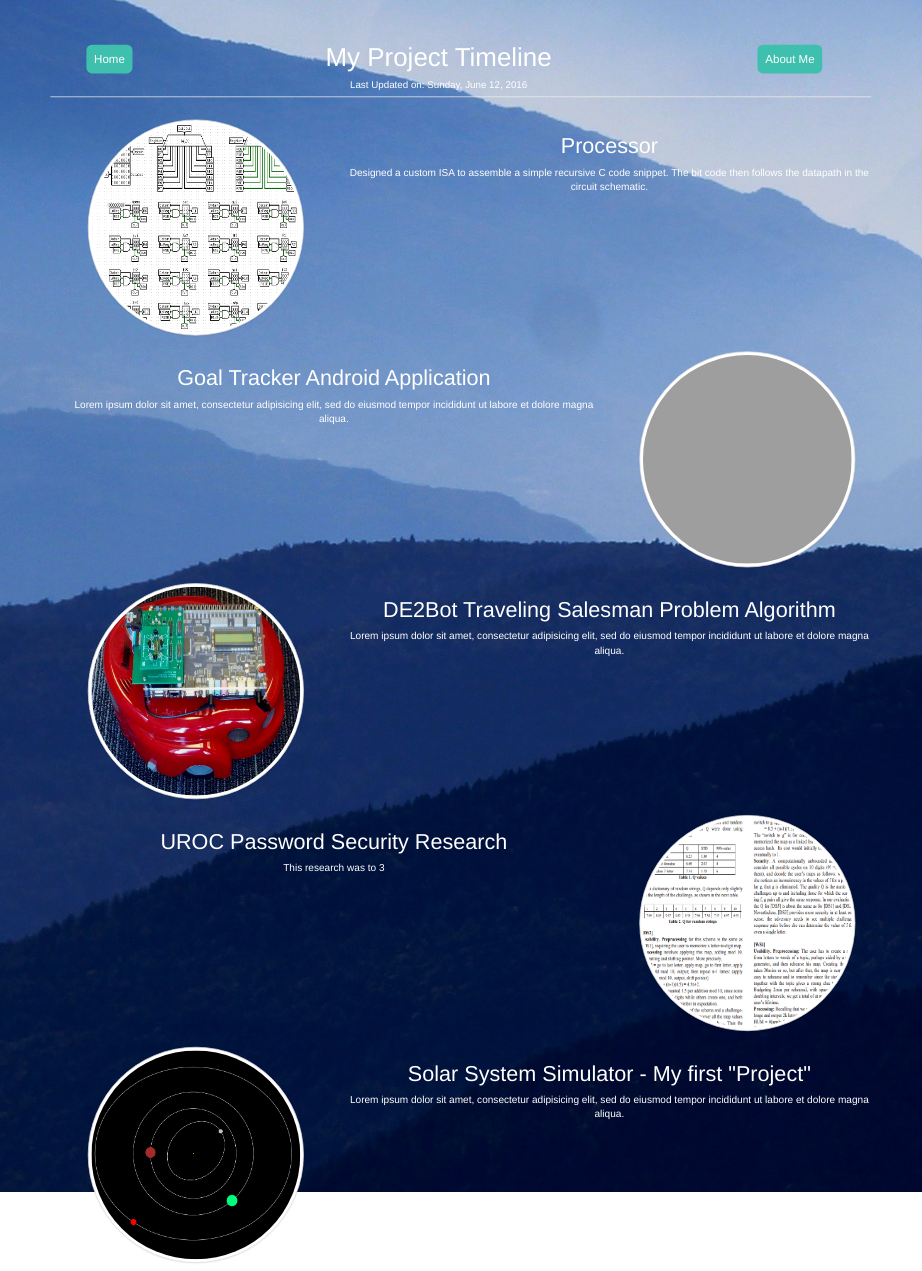
Repository: austinHerring/PersonalWebsite
Page: PersonalWebsite/WebContent/projects.html
These files come from the project's save history. The page is drawn as it stood at one moment and after the next save; the edit follows.
The browser window is 1280 px wide. The pictures show the whole page, at 72% of full size.
Pictures or frames that could not be fetched are drawn as grey boxes.

Above is the page before, as saved 2016-07-02 05:30:01.

After the next save:
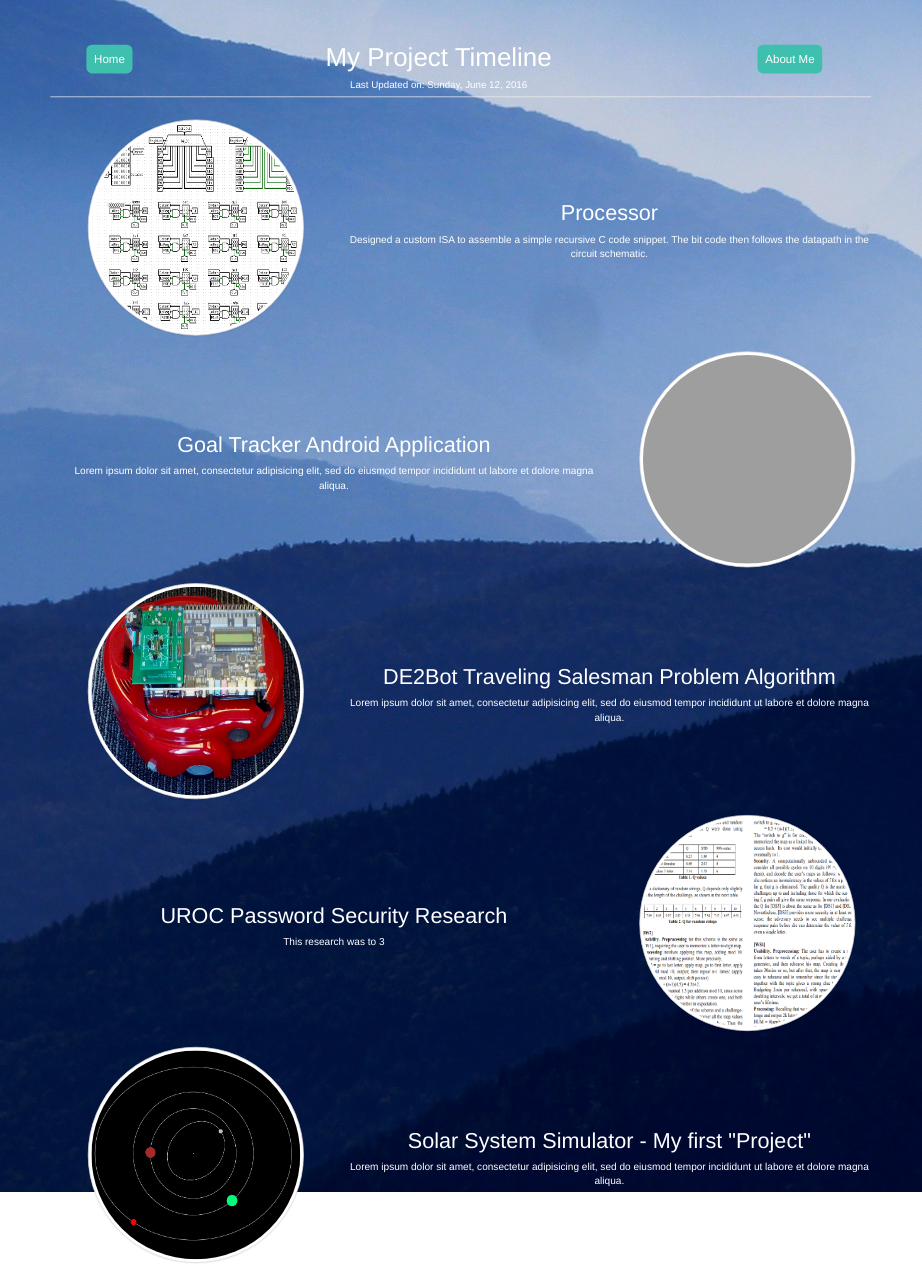
Saved 12 min 1 s later.
--- a/PersonalWebsite/WebContent/css/projects.css
+++ b/PersonalWebsite/WebContent/css/projects.css
@@ -5,7 +5,7 @@ body {
 .stylish-panel{
     padding: 10px 0;
     text-align: center;
-        display: block;
+    display: flex;
     align-items: center;
     padding: 10px;
     border: 1px solid transparent;
